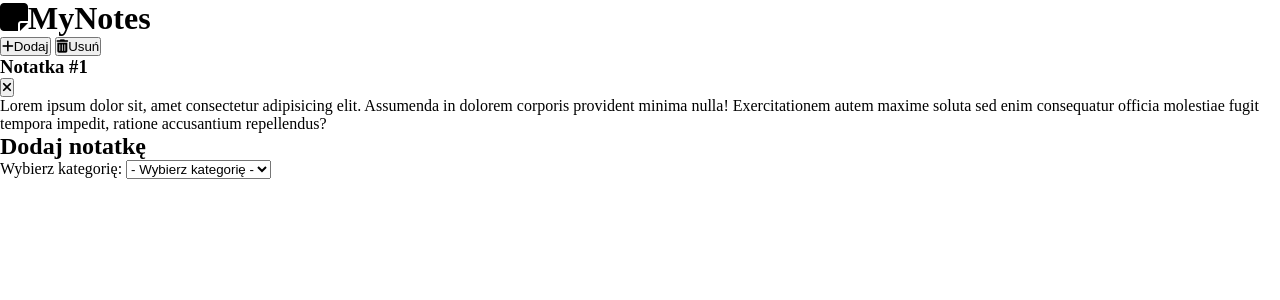
Repository: KrzysKolo/Projekt-7_Notes
Page: js/index.html
An editor plug-in stored every save of this project. The page is shown before and after the next save, followed by the edit.
The browser window is 1280 px wide. The pictures show the whole page.
Some web libraries are served in a nearby version.

Above is the page before, as saved 2020-07-07 13:04:38.
Console error: SyntaxError: Unexpected token '<'

### js/index.html
<!DOCTYPE html>
<html lang="en">
  <head>
    <meta charset="UTF-8" />
    <meta name="viewport" content="width=device-width, initial-scale=1.0" />
    <title>projekt 6 - My notes</title>
    <script
      src="https://kit.fontawesome.com/21efeaf281.js"
      crossorigin="anonymous"
    ></script>
    <link
      href="https://fonts.googleapis.com/css2?family=Montserrat:wght@100&display=swap"
      rel="stylesheet"
    />
    <link rel="stylesheet" href="./../css/style.css" />
  </head>
  <body>
    <div class="menu">
      <h1><i class="fas fa-sticky-note"></i>MyNotes</h1>
      <div class="menu-buttons">
        <button class="add icon"><i class="fas fa-plus"></i>Dodaj</button>
        <button class="delete-all icon">
          <i class="fas fa-trash-alt"></i>Usuń
        </button>
      </div>
    </div>

    <div class="note-area">
      <div class="note">
        <div class="note-header">
          <h3 class="note-title">Notatka #1</h3>
          <button class="delete-note"><i class="fas fa-times icon"></i></button>
        </div>

        <div class="note-body">
          Lorem ipsum dolor sit, amet consectetur adipisicing elit. Assumenda in
          dolorem corporis provident minima nulla! Exercitationem autem maxime
          soluta sed enim consequatur officia molestiae fugit tempora impedit,
          ratione accusantium repellendus?
        </div>
      </div>
    </div>

    <div class="note-panel">
      <h2>Dodaj notatkę</h2>
      <label for="category">Wybierz kategorię: </label>
      <select id="category">
        <option value="0" disabled selected>- Wybierz kategorię -</option>
        <option value="1">Praca</option>
        <option value="2">Dom</option>
        <option value="3">Zakupy</option>
        <option value="4">Inne</option>
      </select>
    </div>
    <script src="./../js/index.html"></script>
  </body>
</html>

Loaded but not shown: css/style.css (common file)

After the next save:
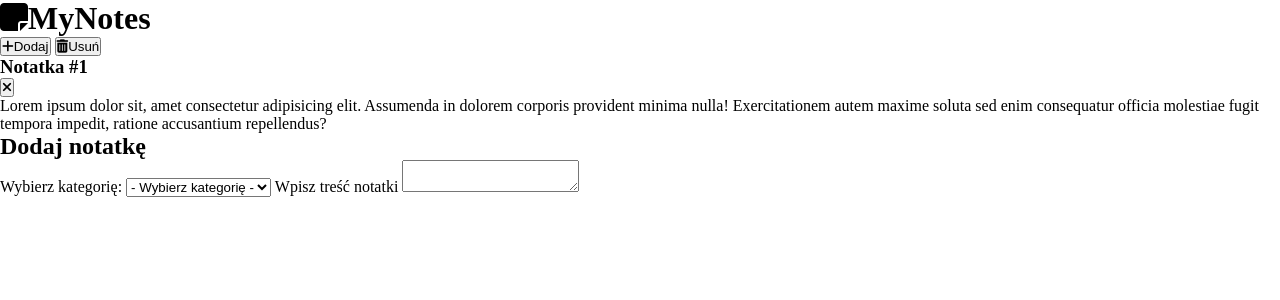
Saved 94 s later.
--- a/js/index.html
+++ b/js/index.html
@@ -51,6 +51,9 @@
         <option value="3">Zakupy</option>
         <option value="4">Inne</option>
       </select>
+
+      <label for="text">Wpisz treść notatki</label>
+      <textarea id="text"></textarea>
     </div>
     <script src="./../js/index.html"></script>
   </body>
